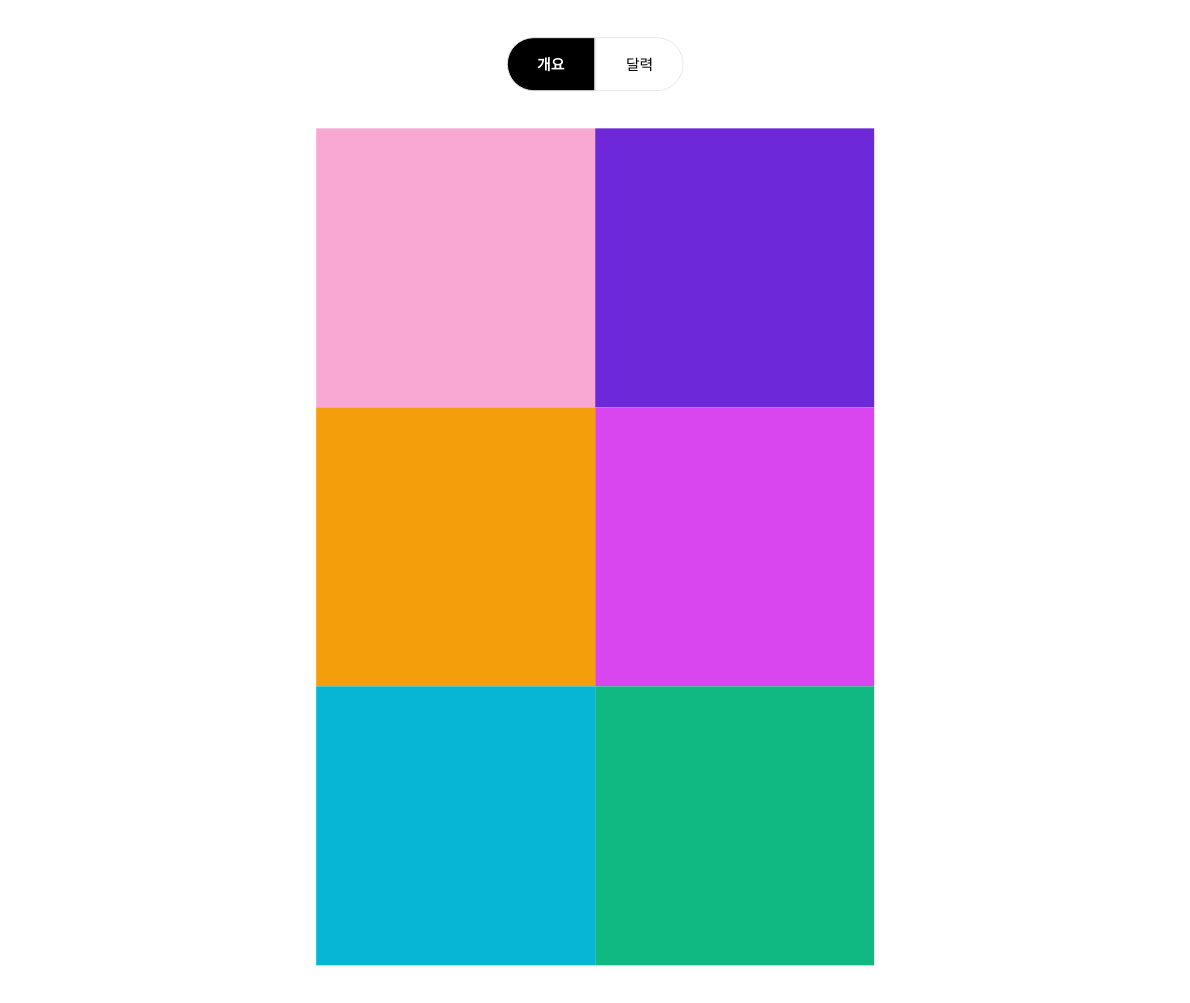
Repository: honey-punch/my-alcohol
Page: /
The author's editor kept a copy of each file at every save. The page is drawn from the files as they stood at one save, then again after a run of saves.
The browser window is 1280 px wide. The pictures show the whole page, at 93% of full size.
The project was rebuilt for these pictures with package versions that can differ from the ones it lists, and the page was loaded fresh each time. The framework's server and built-in components were replaced by stand-ins that run in the browser. Also part of the build but not shown: next.config.ts, src/app/_component/Calendar.tsx.

Above is the page before, as saved 2025-02-10 15:44:04.

After the next 2 saves:
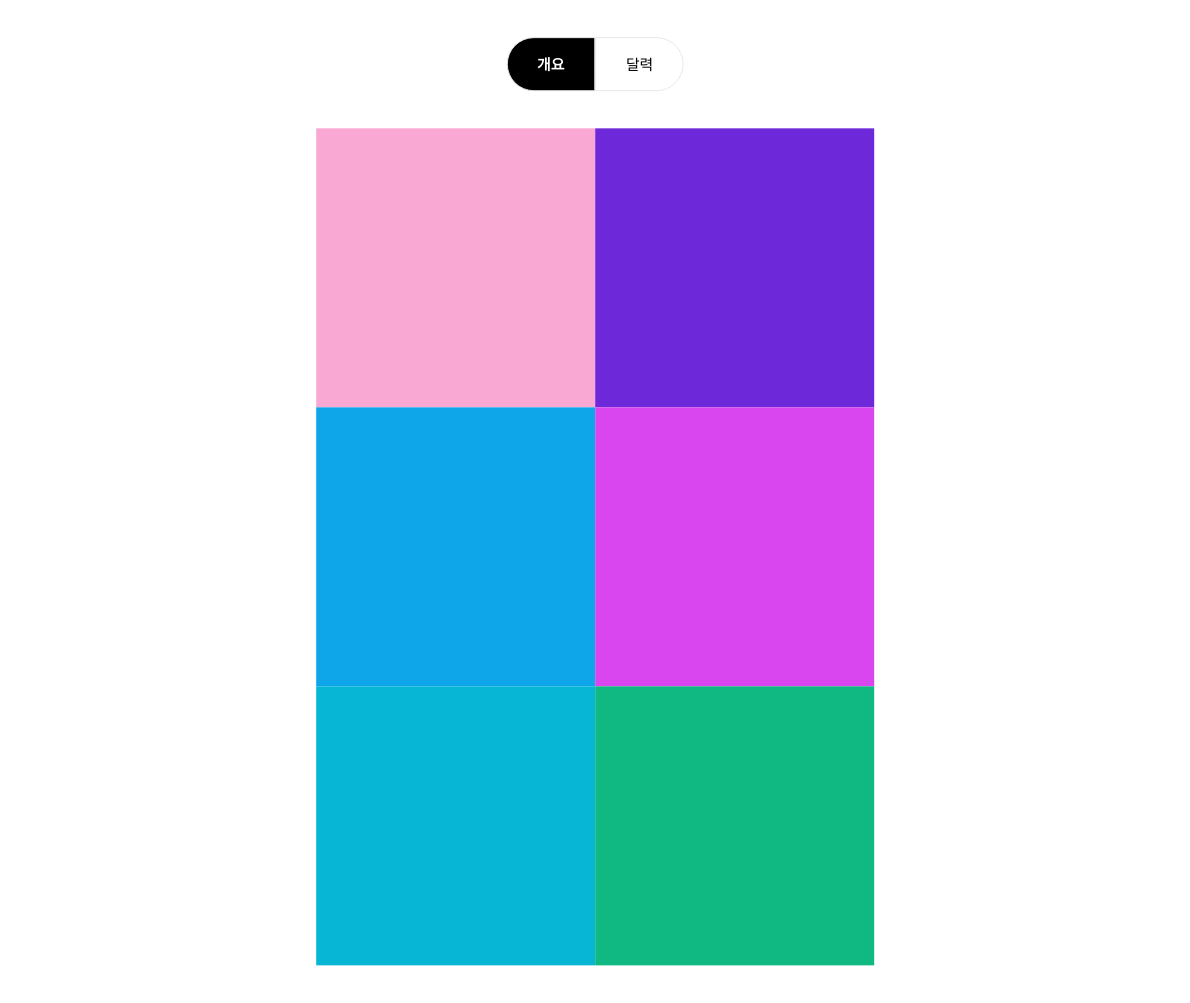
The 2 saves are shown as one change because they came seconds apart.
The last was saved 16 s later.
--- a/src/app/_component/Summary.tsx
+++ b/src/app/_component/Summary.tsx
@@ -36,7 +36,7 @@ export default function Summary() {
       ></div>
       <div
         style={{ width: `${BOX_SIZE}px`, height: BOX_SIZE }}
-        className="bg-amber-500"
+        className="bg-sky-500"
       ></div>
       <div
         style={{ width: `${BOX_SIZE}px`, height: BOX_SIZE }}
